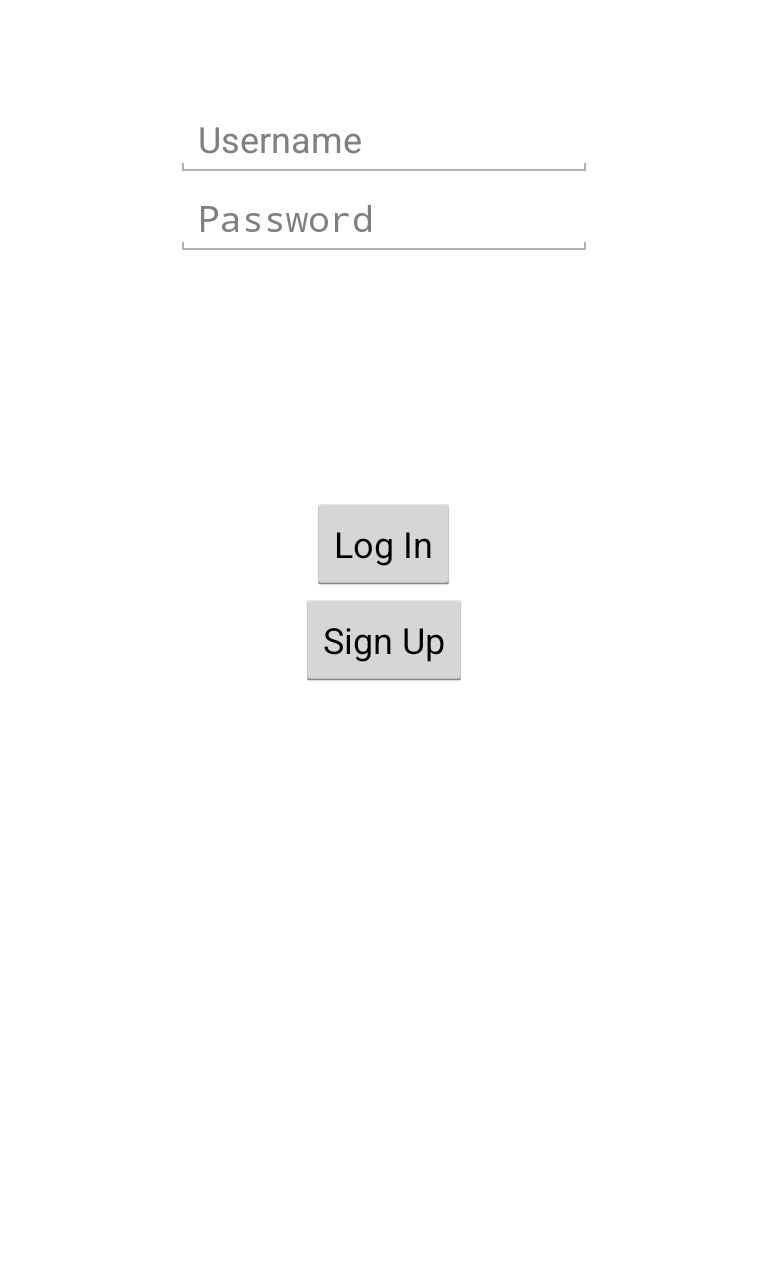
Repository: Dres90/TourngenWS
Layout: APP/Tourngen/res/layout/activity_main.xml
An editor plug-in stored every save of this project. The layout is shown before and after the next save, followed by the edit.
It is drawn on a 768 x 1280 px phone screen (xhdpi) without system bars, with theme AppTheme; the app's code is not run.

Above is the layout before, as saved 2014-04-11 20:36:56.

After the next save:
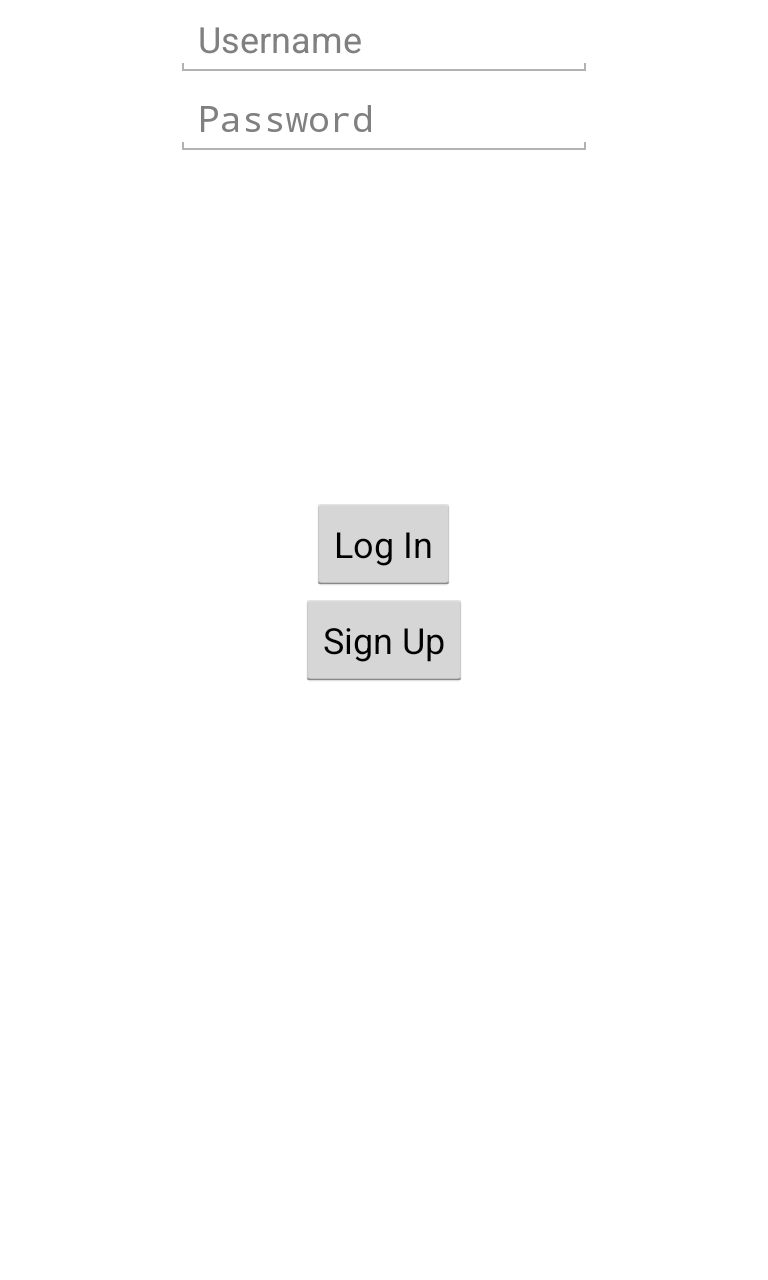
Saved 2 min 49 s later.
--- a/APP/Tourngen/res/layout/activity_main.xml
+++ b/APP/Tourngen/res/layout/activity_main.xml
@@ -8,11 +8,6 @@
     tools:context="com.tourngen.droid.MainActivity"
     tools:ignore="MergeRootFrame" >
 
-    <Space
-        android:id="@+id/space1"
-        android:layout_width="1dp"
-        android:layout_height="50dp"
-        android:layout_row="3" />
 
     <EditText
         android:id="@+id/editText1"
